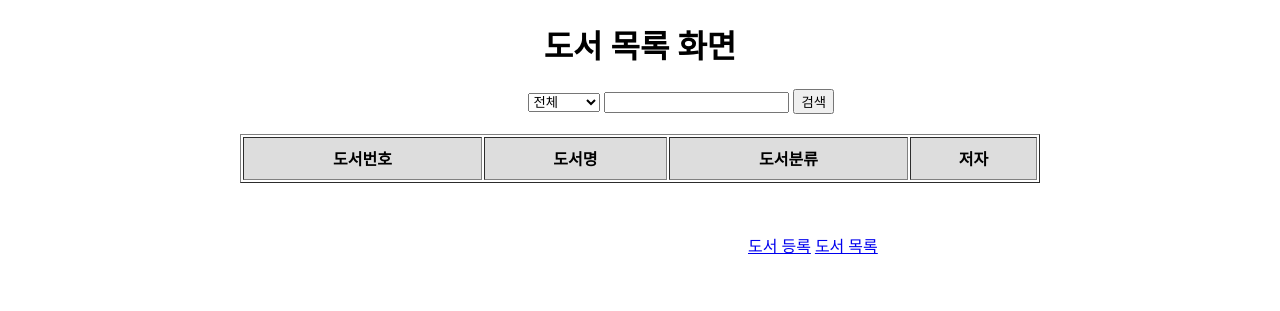
Repository: Niftrone/Kosa_Webs
Page: http://localhost/Workshop08/book/bookList.jsp
The author's editor kept a copy of each file at every save. The page is drawn from the files as they stood at one save, then again after the next save.
The browser window is 1280 px wide. The pictures show the whole page.
The page is served by Tomcat 9. Other server files are loaded and not shown. The template is opened directly, without the code that normally fills it, so the values that code supplies are empty.

Above is the page before, as saved 2025-07-07 09:30:37.

### Workshop08/src/main/webapp/book/bookList.jsp
<%@ page language="java" contentType="text/html; charset=UTF-8"
    pageEncoding="UTF-8"%>
<%@ taglib prefix="c" uri="http://java.sun.com/jsp/jstl/core" %>

<!DOCTYPE html>
<html>
<head>
	<meta charset="UTF-8">
	<title>Insert title here</title>
	<style>
        h1 {
            text-align: center;
        }
        form {
            text-align: right;
            margin-right: 438px;
        }
        table {
            width: 800px;
            margin: 20px auto;
            text-align:center;
        }
        tr {
            height: 43px;
        }
        th{
            background: #ddd;
        }
        .center{
        	margin-left: 740px;
        	padding-top: 30px;
        }
    </style>
    <script	src="https://ajax.googleapis.com/ajax/libs/jquery/3.6.0/jquery.min.js"></script>
    <script>
    	$(function(){
    		$(".detail-link").on('click', function(e){
    			e.preventDefault();
    			const isbn = $(this).data('isbn');

                $.ajax({
                    type:"get",
                    url:"${pageContext.request.contextPath}/front.do",
                    data: {
                        command: "detail",
                        isbn: isbn,
                    },
                    success:function(book){
                         if(book && !book.error){
                            const html = `
                                <font color=crimson>
                                    Book 상세보기 출력 - 제목 : \${book.title}, 출판사 : \${book.publisher}, 저자 : \${book.author}
                                </font>
                            `
                            $('#detailResult').html(html);
                         }else{
                        	$('#detailResult').html("정보 없음");
                         }
                    },
                    error:function(){
                        alert("실패");
                    }
                })
    		})
    	})
    </script>
</head>
<body>
	<h1>도서 목록 화면</h1>
    <form action="${pageContext.request.contextPath}/front.do">
    	<input type="hidden" name="command" value="search">
        <select name="searchSelect">
            <option disabled selected>전체</option>
            <option value="title">도서명</option>
            <option value="catalogue">도서분류</option>
            <option value="author">저자</option>
        </select>
        <input type="text" name="searchText">
        <input type="submit" value="검색">
    </form>
    <table border="1">
        <tr>
            <th>도서번호</th>
            <th>도서명</th>
            <th>도서분류</th>
            <th>저자</th>
        </tr>

        <c:forEach items="${list}" var="book">
			<tr>
				<td>${book.isbn}</td>
				<td><a href="#" class="detail-link" data-isbn="${book.isbn}">${book.title}</a></td>
				<td>${book.catalogue}</td>
				<td>${book.author}</td>
			</tr>
		</c:forEach>
    </table>
    <span id="detailResult"></span>
    <div class="center">
    <a href="./book/Book.html">도서 등록</a>
    <a href="${pageContext.request.contextPath}/front.do?command=bookList">도서 목록</a>
	</div>
</body>
</html>

After the next save:
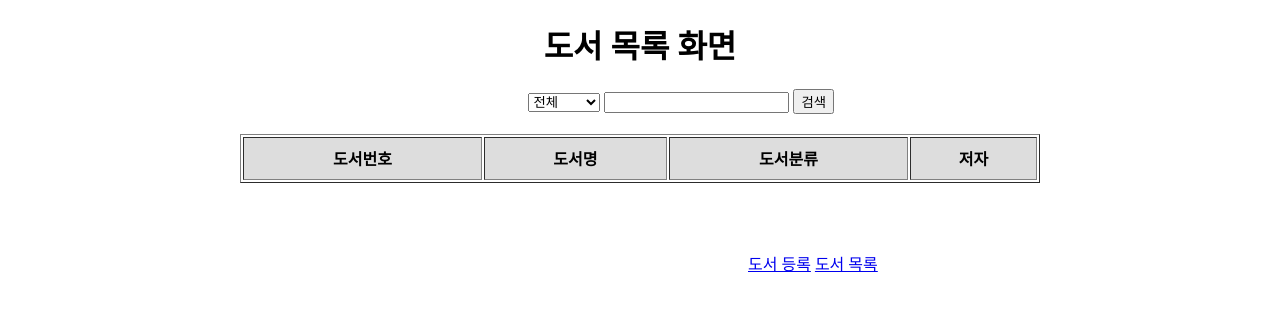
Saved 14 s later.
--- a/Workshop08/src/main/webapp/book/bookList.jsp
+++ b/Workshop08/src/main/webapp/book/bookList.jsp
@@ -95,7 +95,7 @@
 			</tr>
 		</c:forEach>
     </table>
-    <span id="detailResult"></span>
+    <span class="center" id="detailResult"></span>
     <div class="center">
     <a href="./book/Book.html">도서 등록</a>
     <a href="${pageContext.request.contextPath}/front.do?command=bookList">도서 목록</a>
